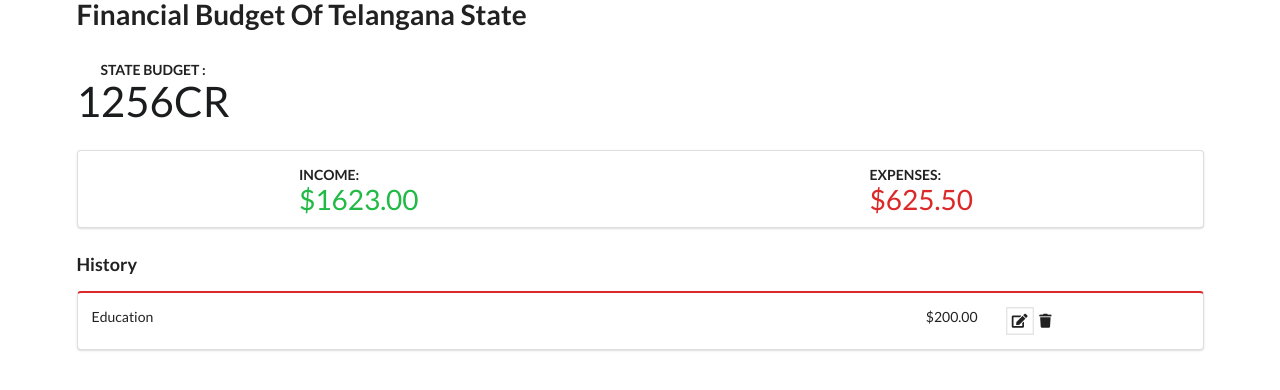
Repository: akHil07090709/advanced-react
Page: /
These files come from the project's save history. The page is drawn as it stood at one moment and after the next save; the edit follows.
The browser window is 1280 px wide. The pictures show the whole page.
The project was rebuilt for these pictures with package versions that can differ from the ones it lists, and the page was loaded fresh each time. Also part of the build but not shown: src/App.css.

Above is the page before, as saved 2021-05-25 07:44:17.

### src/index.js
import React from "react";
import ReactDOM from "react-dom";
import "./index.css";
import App from "./App";
import "semantic-ui-css/semantic.min.css";

ReactDOM.render(
  <React.StrictMode>
    <App />
  </React.StrictMode>,
  document.getElementById("root")
);

// If you want to start measuring performance in your app, pass a function
// to log results (for example: reportWebVitals(console.log))
// or send to an analytics endpoint. Learn more: https://bit.ly/CRA-vitals

### src/App.js
import {
  Container,
  Grid,
  Header,
  Icon,
  Segment,
  Statistic,
} from "semantic-ui-react";
import "./App.css";

function App() {
  return (
    <Container>
      <Header as="h1">Financial Budget Of Telangana State</Header>
      <Statistic size="small">
        {/* A statistic can display a value with a label above or below it.*/}
        <Statistic.Label>State Budget : </Statistic.Label>
        <Statistic.Value>1256cr</Statistic.Value>
      </Statistic>
      <Segment textAlign="center">
        <Grid columns={2}>
          <Grid.Row>
            <Grid.Column>
              <Statistic size="tiny" color="green">
                <Statistic.Label style={{ textAlign: "left" }}>
                  Income:
                </Statistic.Label>
                <Statistic.Value>$1623.00</Statistic.Value>
              </Statistic>
            </Grid.Column>
            <Grid.Column>
              <Statistic size="tiny" color="red">
                <Statistic.Label style={{ textAlign: "left" }}>
                  Expenses:
                </Statistic.Label>
                <Statistic.Value>$625.50</Statistic.Value>
              </Statistic>
            </Grid.Column>
          </Grid.Row>
        </Grid>
      </Segment>
      <Header as="h3">History</Header>
      <Segment color="red">
        <Grid columns={3}>
          <Grid.Row>
            <Grid.Column width={10}>Education</Grid.Column>
            <Grid.Column width={3} textAlign="right">
              $200.00
            </Grid.Column>
            <Grid.Column width={3}>
              <Icon name="edit" bordered />
              <Icon name="trash" />
            </Grid.Column>
          </Grid.Row>
        </Grid>
      </Segment>
    </Container>
  );
}

export default App;

Loaded but not shown: public/index.html (common file); src/index.css (common file)

After the next save:
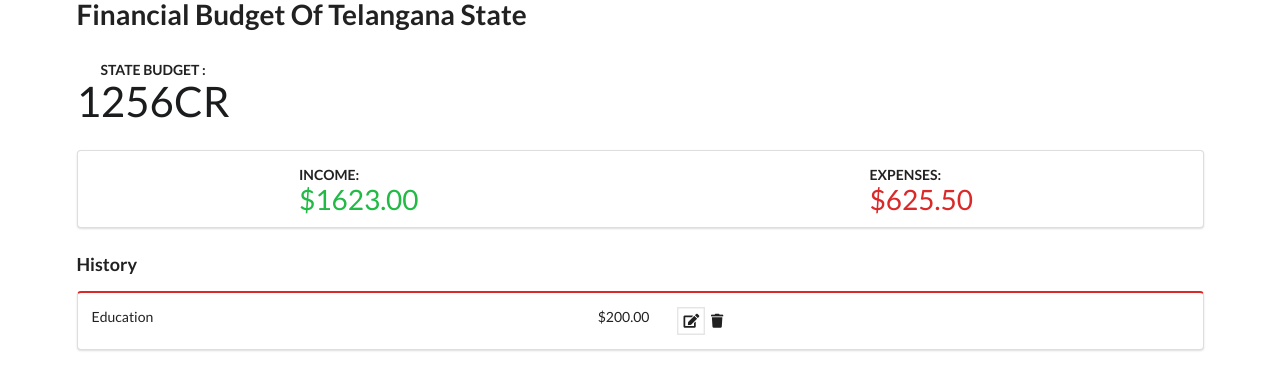
Saved 8 s later.
--- a/src/App.js
+++ b/src/App.js
@@ -43,7 +43,7 @@
       <Segment color="red">
         <Grid columns={3}>
           <Grid.Row>
-            <Grid.Column width={10}>Education</Grid.Column>
+            <Grid.Column width={20}>Education</Grid.Column>
             <Grid.Column width={3} textAlign="right">
               $200.00
             </Grid.Column>
